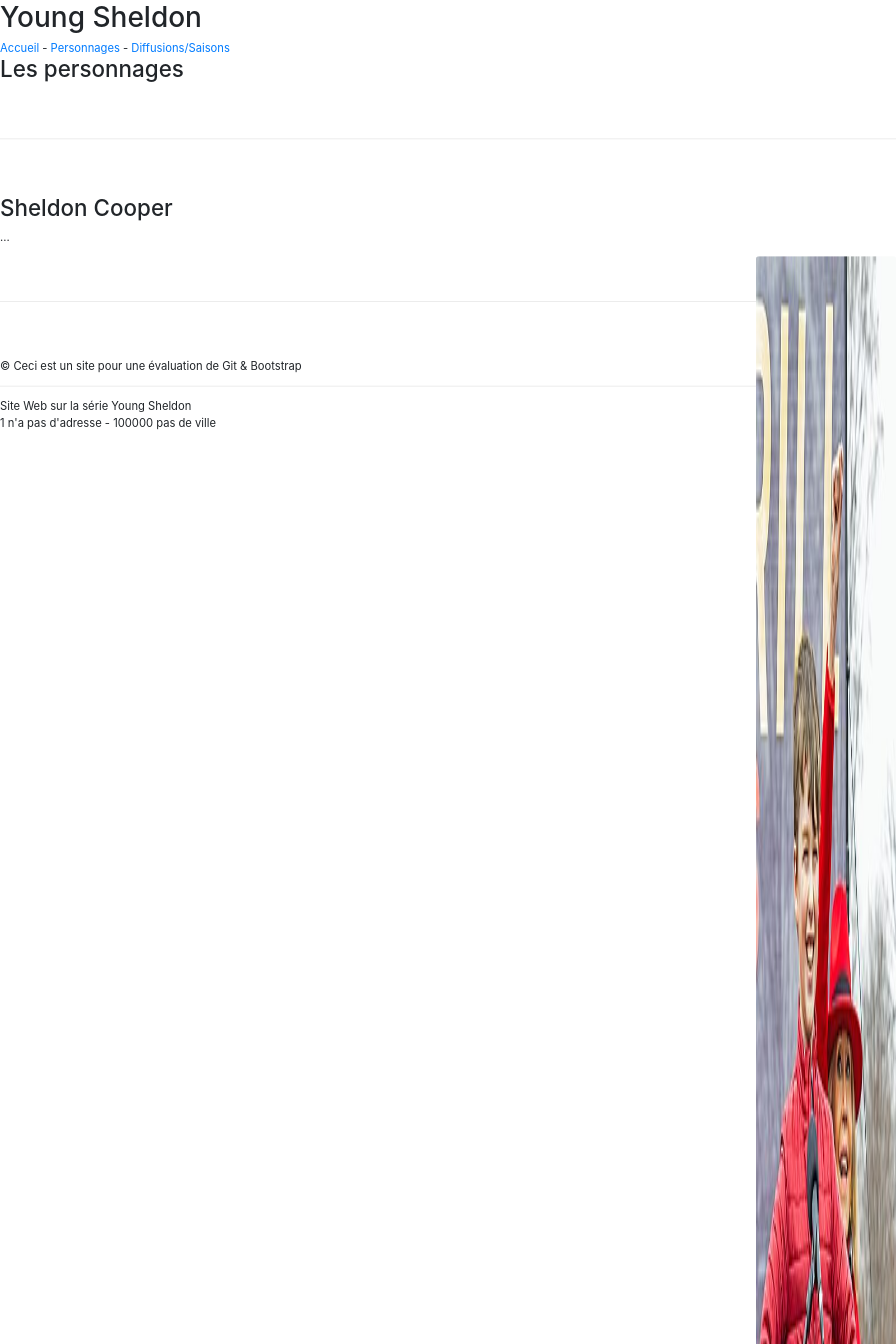
Repository: jkoz-dev/Site_Web_Young_Sheldon_KOZIEL.github.io
Page: personnages.html
These files come from the project's save history. The page is drawn as it stood at one moment and after the next save; the edit follows.
The browser window is 1280 px wide. The pictures show the part of the page from y = 0 to 1920 px (the page is 3566 px tall before and 720 px after), at 70% of full size.

Above is the page before, as saved 2025-12-12 11:43:08.

After the next save:
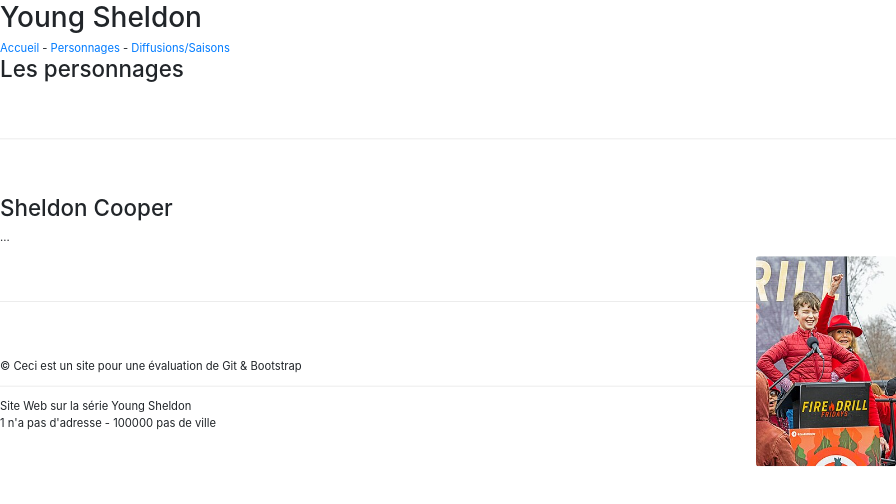
Saved 4 s later.
--- a/personnages.html
+++ b/personnages.html
@@ -25,7 +25,7 @@
     <hr class="barre_separation">
     <h2>Sheldon Cooper</h2>
     <p>...</p>
-    <img src="./images/sheldon_cooper.jpg" class="rounded float-right" alt="sheldon cooper jeune" width="200" height=3200">
+    <img src="./images/sheldon_cooper.jpg" class="rounded float-right" alt="sheldon cooper jeune" width="200" height="300">
     <hr class="barre_separation">
 
     <footer>
